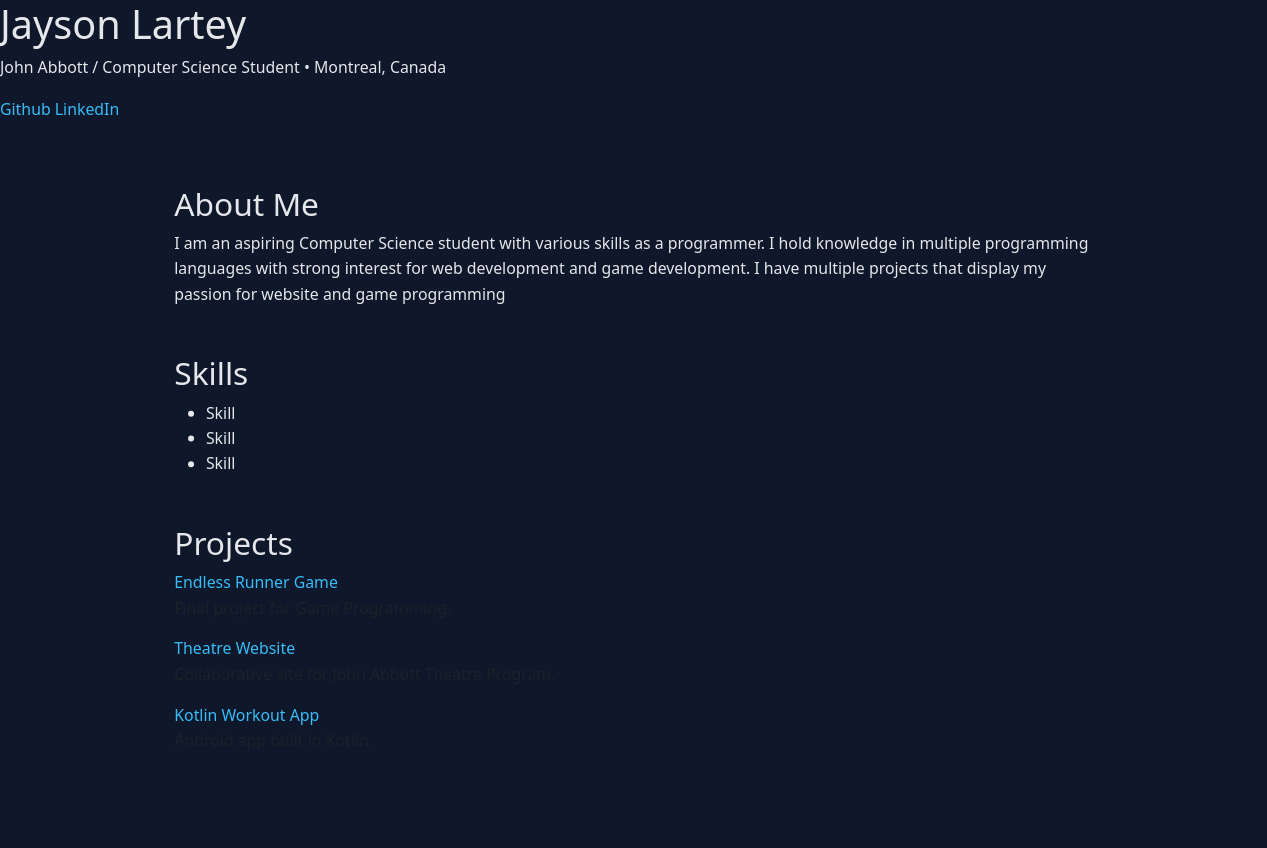
Repository: jaysonlartey/jaysonlartey.github.io
Page: index.html
An editor plug-in stored every save of this project. The page is shown before and after the next save, followed by the edit.
The browser window is 1280 px wide. The pictures show the whole page, at 99% of full size.

Above is the page before, as saved 2025-12-12 18:42:59.

### index.html
<!DOCTYPE html>
<html lang="en">

<head>
    <meta charset="UTF-8">
    <meta name="viewport" content="width=device-width, initial-scale=1.0">
    <title>Jayson Lartey - Portfolio</title>
    <link href="https://cdn.jsdelivr.net/npm/bootstrap@5.3.3/dist/css/bootstrap.min.css" rel="stylesheet">
    <link rel="stylesheet" href="style.css" />
    <script src="https://cdn.jsdelivr.net/npm/bootstrap@5.3.3/dist/js/bootstrap.bundle.min.js"></script>
    <script src="script.js"></script>
</head>

<body>
    <header>
        <h1>Jayson Lartey</h1>
        <p>John Abbott / Computer Science Student • Montreal, Canada</p>
        <p>
            <a href="https://github.com/jaysonlartey">Github</a>
            <a href="https://www.linkedin.com/in/jayson-lartey/">LinkedIn</a>
        </p>
    </header>

    <main class="container py-5">
        <section class="mb-5">
            <h2>About Me</h2>
            <p>I am an aspiring Computer Science student with various skills as a programmer.
                I hold knowledge in multiple programming languages with strong interest for web development and game
                development.
                I have multiple projects that display my passion for website and game programming
            </p>
        </section>

        <section class="mb-5">
            <h2>Skills</h2>
            <ul>
                <li>Skill</li>
                <li>Skill</li>
                <li>Skill</li>
            </ul>
        </section>

        <section class="mb-5">
            <h2>Projects</h2>
            <ul class="list-unstyled">
                <li class="mb-3">
                    <a href="https://github.com/jaysonlartey/Endless-Runner-Game">Endless Runner Game</a><br>
                    <span class="text-muted">Final project for Game Programming.</span>
                </li>

                <li class="mb-3">
                    <a href="https://github.com/jaysonlartey/Theatre-App">Theatre Website</a><br>
                    <span class="text-muted">Collaborative site for John Abbott Theatre Program.</span>
                </li>

                <li>
                    <a href="https://github.com/jaysonlartey/Workout-App">Kotlin Workout App</a><br>
                    <span class="text-muted">Android app built in Kotlin.</span>
                </li>
            </ul>
        </section>
    </main>
</body>

</html>

### style.css
:root {
  --bg: #0f172a;
  --fg: #e5e7eb;
  --accent: #38bdf8;
  --muted: #94a3b8;
}

* { box-sizing: border-box; }

body {
  margin: 0;
  font-family: system-ui, -apple-system, Segoe UI, Roboto, sans-serif;
  background: var(--bg);
  color: var(--fg);
  line-height: 1.6;
}

.container {
  max-width: 960px;
  padding: 2rem 1rem;
  margin: 0 auto;
}

section {
  margin-bottom: 3rem;
}

a {
  color: var(--accent);
  text-decoration: none;
}

a:hover {
  text-decoration: underline;
}

Loaded but not shown: script.js (no copy from this time; the picture is the same without it)

After the next save:
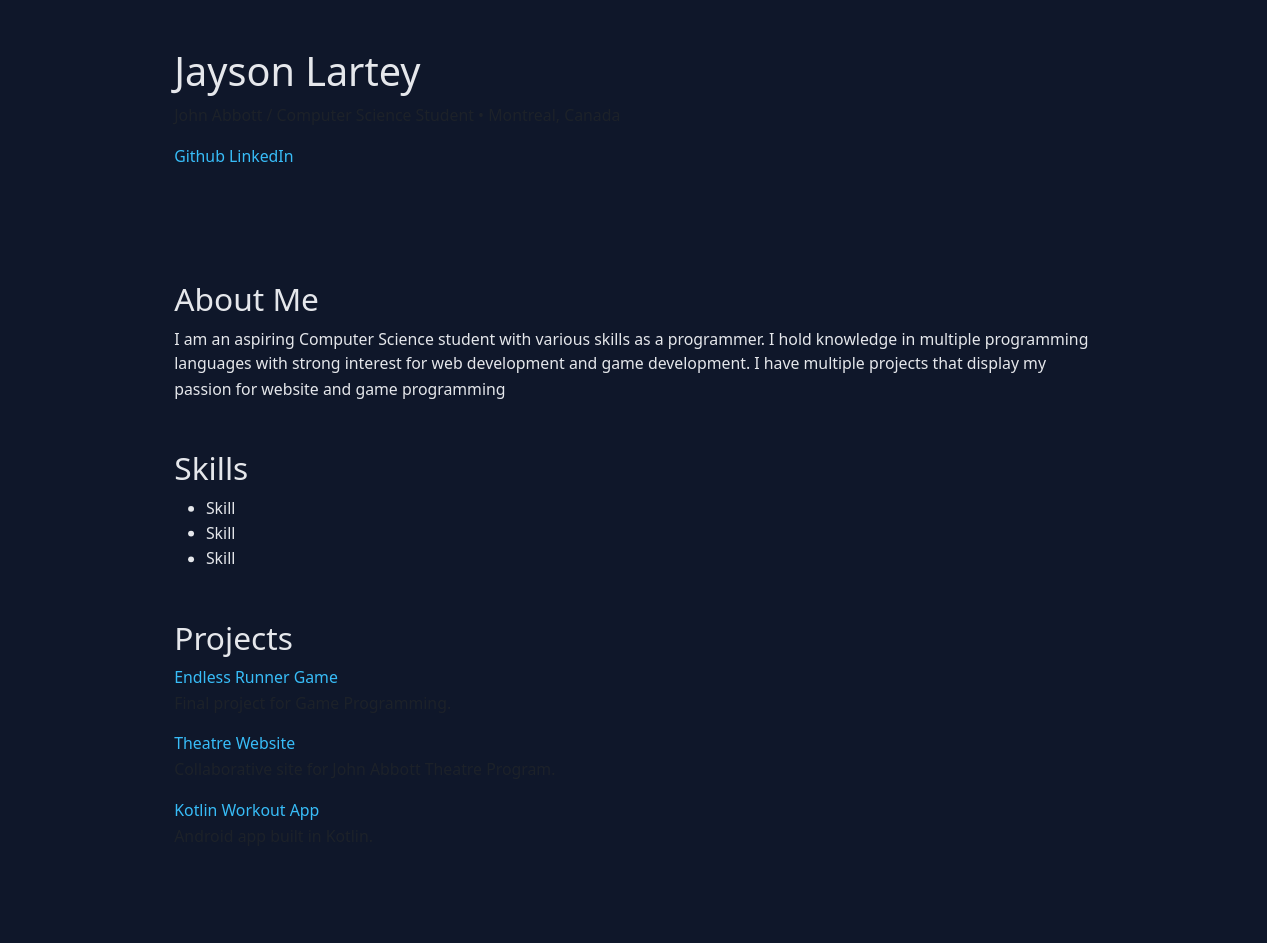
Saved 65 s later.
--- a/index.html
+++ b/index.html
@@ -12,9 +12,9 @@
 </head>
 
 <body>
-    <header>
-        <h1>Jayson Lartey</h1>
-        <p>John Abbott / Computer Science Student • Montreal, Canada</p>
+    <header class="container py-5">
+        <h1 class="mb-2">Jayson Lartey</h1>
+        <p class="text-muted mb-3">John Abbott / Computer Science Student • Montreal, Canada</p>
         <p>
             <a href="https://github.com/jaysonlartey">Github</a>
             <a href="https://www.linkedin.com/in/jayson-lartey/">LinkedIn</a>
